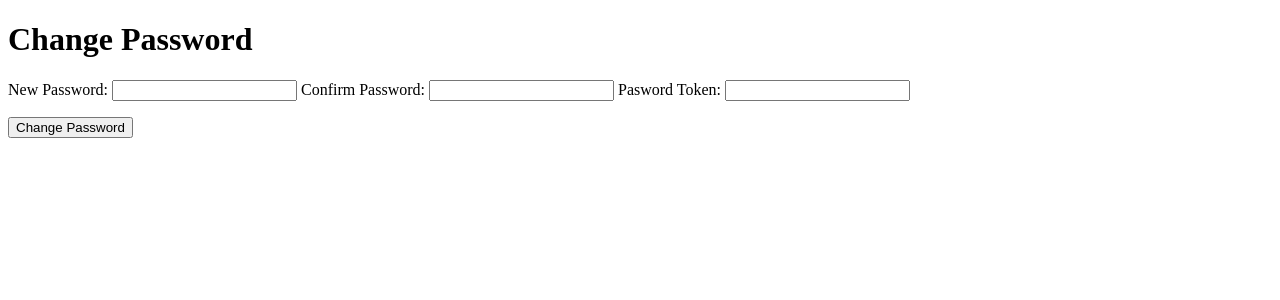
Repository: JohnRudolph1/Movie-Blog
Page: html/forgot.html
These files come from the project's save history. The page is drawn as it stood at one moment and after a run of saves; the edit follows.
The browser window is 1280 px wide. The pictures show the whole page.

Above is the page before, as saved 2022-01-03 11:37:44.

### html/forgot.html
<!DOCTYPE html>
<html lang="en">
<head>
    <meta charset="UTF-8">
    <meta http-equiv="X-UA-Compatible" content="IE=edge">
    <meta name="viewport" content="width=device-width, initial-scale=1.0">
    <title>Forgot Password</title>
</head>
<body>

</body>
</html>
    <h1>Change Password</h1>

    <form method="post" action="">

    <label for="newPassword">New Password:</label>
    <input type="password" id="newPassword" name="newPassword" title="New password" />

    <label for="confirmPassword">Confirm Password:</label>
    <input type="password" id="confirmPassword" name="confirmPassword" title="Confirm new password" />

    <label for="token">Pasword Token:</label>
    <input type="text" id="token" name="token" title="Password Token" />

    <p class="form-actions">
    <input type="submit" value="Change Password" title="Change password" />
    </p>

    </form>

### css/forgot.css
#highlighted {
    position: relative;
    background-color: #dc143c;
  }
  #highlighted .container-fluid h1,
  #highlighted .container-fluid p {
    color: #fff;
  }
  #highlighted .container-fluid h1 {
    font-size: 54px;
    font-family: Verlag,museo-sans,'Helvetica Neue',Helvetica,Arial,sans-serif;
    color: #414141;
    font-weight: 300;
  }
  #content {
    background-position: right bottom;
    background-repeat: no-repeat;
  }
  .interior-page {
    background-color: #FFF;
    padding-bottom: 30px;
  }
  #highlighted+#content.interior-page .interior-page-nav {
    margin-top: -4em;
  }
  #highlighted+#content.interior-page .interior-page-nav,
  .interior-page .interior-page-nav {
    padding-left: 0;
  }
  .sidebar {
    margin-top: 2em;
  }
  .content-area-right {
    max-width: 1200px;
    padding-right: 15px;
    padding-left: 15px;
  }
  .container-fluid>.row h2.crumb-title {
    margin-bottom: 0;
  }
  .page-title {
    min-height: 50px;
  }
  .page-title, ul {
    margin: 0;
    list-style: none;
  }
  .content-crumb-div {
    margin: 5px 0 20px;
  }
  a {
    text-decoration: none;
  }
  .container-fluid .row .modal,
  .page .modal {
    position: fixed;
    top: 35%;
  }
  #highlighted+#content.interior-page .interior-page-nav,
  .interior-page .interior-page-nav {
    padding-left: 0;
  }
  #highlighted+#content.interior-page .interior-page-nav {
    margin-top: -4em;
  }
  .dynamicDiv.panel-group {
    border: 1px solid #E7E9E9;
    margin-left: 30px;
  }
  .panel-group {
    margin-bottom: 0;
    background-color: #fff;
  }
  .panel-group .panel {
    -webkit-border-radius: 0;
    -moz-border-radius: 0;
    border-radius: 0;
    border: none;
    box-shadow: none;
  }
  .panel-group .panel-heading {
    padding: 0;
    border: none;
  }
  .panel-default>.panel-heading {
    color: #333;
    background-color: #f5f5f5;
    border-color: #ddd;
  }
  .panel-group .panel-heading .panel-title {
    font-size: 1.1em;
    font-family: Verlag,museo-sans,'Helvetica Neue',Helvetica,Arial,sans-serif;
  }
  .interior-page-nav .panel-group .panel-heading .panel-title a {
    background: 0 0;
  }
  .panel-group .panel-heading .panel-title a {
    display: block;
    padding: 15px 45px 15px 15px;
    background: url(/resources/images/misc/icon_accordion-open.png) 95% center no-repeat #f6f6f6;
  }
  span.subMenuHighlight,
  ul.panel-heading li.panel-title a:hover {
    color: #ed3c95;
  }
  .panel-group .panel-heading .panel-title {
    font-size: 1.1em;
    font-family: Verlag,museo-sans,'Helvetica Neue',Helvetica,Arial,sans-serif;
  }
  ul.panel-heading {
    margin-bottom: 1px;
  }
  .panel-group .panel-heading .panel-title a {
    display: block;
    padding: 15px 45px 15px 15px;
    background: url(/resources/images/misc/icon_accordion-open.png) 95% center no-repeat #f6f6f6;
  }
  .panel-group {
    margin-bottom: 0;
    background-color: #fff;
  }
  .label-default {
    background-color: #fff;
    margin-top: 10px;
  }
  label {
    display: inline-block;
    margin-bottom: 5px;
    font-weight: 700;
  }
  .form-control {
    border-radius: 0;
  }
  .btn-primary {
    color: #fff;
    background-color: #dc143c;
    border-color: #ea3e10;
    width: 100%;
  }
  .btn-block {
    display: block;
  }
  .btn {
    padding: 8px 28px;
    font-weight: 400;
    -webkit-transition: background .3s ease-in;
    transition: background .3s ease-in;
    white-space: normal;
    border-width: 0 0 1px;
  }
  .content-area-right {
    margin-top: 10px;
  }
  @media (min-width: 992px)
    #highlighted .container-fluid {
      margin-bottom: 2.5rem;
    }
  }

After the next 2 saves:
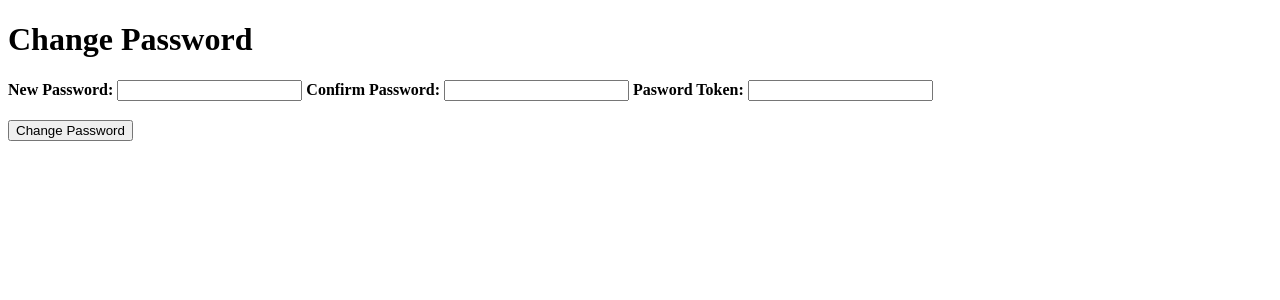
The 2 saves are shown as one change because they came seconds apart.
The last was saved 20 s later.
--- a/html/forgot.html
+++ b/html/forgot.html
@@ -4,6 +4,7 @@
     <meta charset="UTF-8">
     <meta http-equiv="X-UA-Compatible" content="IE=edge">
     <meta name="viewport" content="width=device-width, initial-scale=1.0">
+    <link rel="stylesheet" href="../css/forgot.css">
     <title>Forgot Password</title>
 </head>
 <body>
